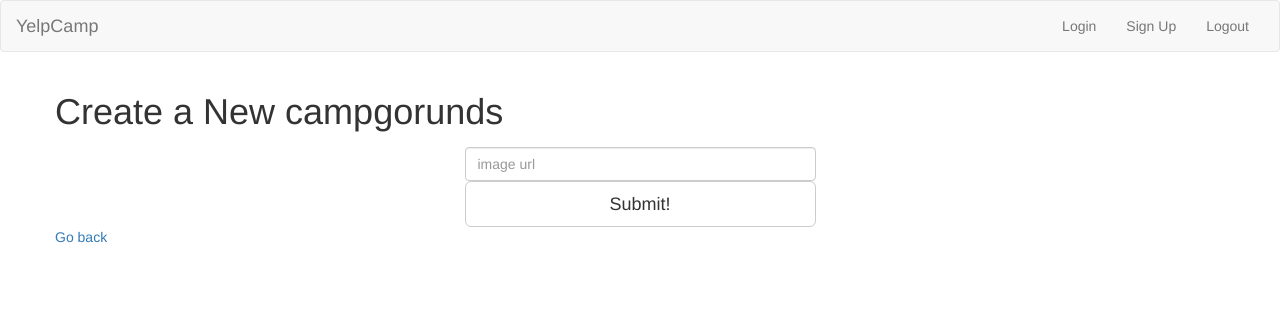
Repository: gtxDaniel/Web-development
Page: http://localhost/campgrounds/new
The author's editor kept a record of every edit. The page is drawn from the files as they stood at one moment, then again after the next edit.
The browser window is 1280 px wide. The pictures show the whole page.
The page is served by the project's Node server (YelpCamp/v1/app.js).

Above is the page before.

### web-development/workspace/YelpCamp/v1/views/new.ejs
<% include partials/header %>
<div class = "container">
    <div class = 'row'>
        <h1>Create a New campgorunds</h1>
        <div style = 'width: 30%; margin: 0 auto'>
            <form action = '/campgrounds' method = "POST">
                <div class = 'form-group'>

                </div>

                <input class ="form-control" type = 'text' name = 'image' placeholder = 'image url'>
                <button class = 'btn btn-lg btn-default btn-block'>Submit!</button>
            </form>
        </div>

        <a href = '/campgrounds'>Go back</a>
    </div>
</div>
<% include partials/footer %>

### web-development/workspace/YelpCamp/v1/views/partials/header.ejs
<!DOCTYPE html>
<html>
    <head>
        <title>YelpCamp</title>
        <link rel="stylesheet" href="https://maxcdn.bootstrapcdn.com/bootstrap/3.3.7/css/bootstrap.min.css" integrity="sha384-BVYiiSIFeK1dGmJRAkycuHAHRg32OmUcww7on3RYdg4Va+PmSTsz/K68vbdEjh4u" crossorigin="anonymous">
    </head>
    <body>
        <nav class='navbar navbar-default'>
            <div class = 'container-fluid'>
                <div class = 'navbar-header'>
                    <a class='navbar-brand' href='/'>YelpCamp</a>
                </div>
                <div class="collapse navbar-collapse">
                    <ul class= 'nav navbar-nav navbar-right'>
                        <li><a href = "/">Login</a></li>
                        <li><a href = "/">Sign Up</a></li>
                        <li><a href = "/">Logout</a></li>
                    </ul>
                </div>
            </div>
        </nav>

### web-development/workspace/YelpCamp/v1/app.js
var express = require("express");
var app = express();
var bodyParser = require('body-parser');

app.use(bodyParser.urlencoded({extended: true}));
app.set('view engine', 'ejs');

var campgrounds = [
        {name: 'First', image: 'https://farm9.staticflickr.com/8442/7962474612_bf2baf67c0.jpg'},
        {name: 'Second', image: "https://ak4.picdn.net/shutterstock/videos/20733094/thumb/1.jpg"},
        {name: 'Third', image: "https://thefinanser.com/wp-content/uploads/2019/03/Camp.jpg"},
        {name: 'First', image: 'https://farm9.staticflickr.com/8442/7962474612_bf2baf67c0.jpg'},
        {name: 'Second', image: "https://ak4.picdn.net/shutterstock/videos/20733094/thumb/1.jpg"},
        {name: 'Third', image: "https://thefinanser.com/wp-content/uploads/2019/03/Camp.jpg"}
    ]

app.get('/', function(req, res){
    res.render('landing');
})

app.get('/campgrounds', function(req, res){

        res.render('campgrounds', {campgrounds: campgrounds});
})

app.get('/campgrounds/new', function(req, res) {
    res.render('new.ejs');
})

app.post('/campgrounds', function(req, res){
    // get data from form and add to campgorunds array
    // redircet
    var name = req.body.name;
    var image = req.body.image;
    var newCampground = {name: name, image: image};
    campgrounds.push(newCampground);
    res.redirect('/campgrounds');

})


app.listen(process.env.PORT, process.env.IP, function(){
    console.log("started");
})

Loaded but not shown: web-development/workspace/YelpCamp/v1/views/partials/footer.ejs (common file)

After the next edit:
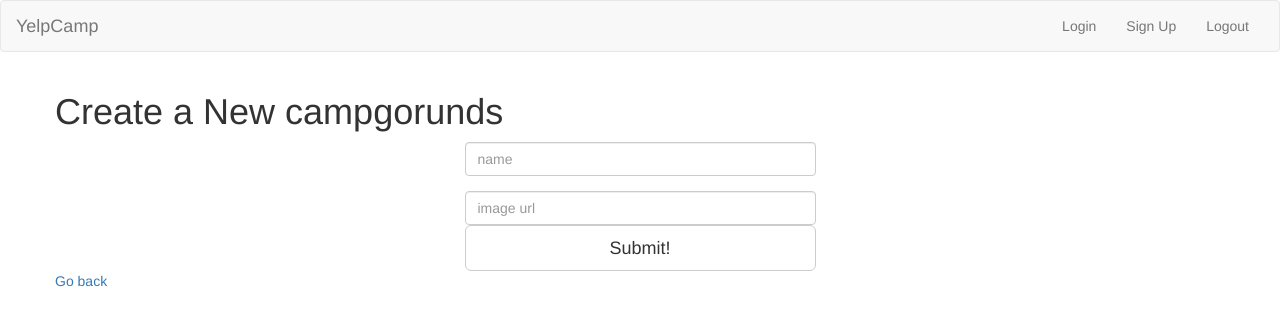
The edit:
--- a/web-development/workspace/YelpCamp/v1/views/new.ejs
+++ b/web-development/workspace/YelpCamp/v1/views/new.ejs
@@ -5,7 +5,7 @@
         <div style = 'width: 30%; margin: 0 auto'>
             <form action = '/campgrounds' method = "POST">
                 <div class = 'form-group'>
-
+                     <input class ="form-control" type = 'text' name = 'name' placeholder = 'name'>
                 </div>
 
                 <input class ="form-control" type = 'text' name = 'image' placeholder = 'image url'>
